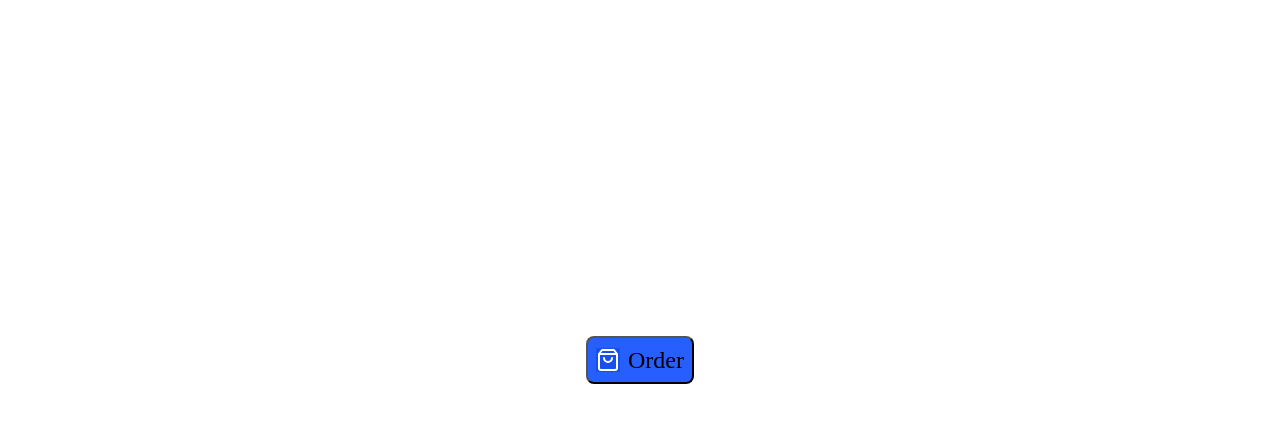
Repository: hjubsoni/hex-ocean-task
Page: /
The author's editor kept a copy of each file at every save. The page is drawn from the files as they stood at one save, then again after the next save.
The browser window is 1280 px wide. The pictures show the whole page.
The project was rebuilt for these pictures with package versions that can differ from the ones it lists, and the page was loaded fresh each time. Also part of the build but not shown: vite.config.ts.

Above is the page before, as saved 2023-03-20 21:25:45.

### index.html
<!DOCTYPE html>
<html lang="en">
  <head>
    <meta charset="UTF-8" />
    <link rel="icon" type="image/svg+xml" href="/vite.svg" />
    <meta
      name="viewport"
      content="width=device-width, initial-scale=1.0"
    />
    <title>Vite + React + TS</title>
  </head>
  <body>
    <div id="root"></div>
    <script type="module" src="/src/main.tsx"></script>
  </body>
</html>

### src/App.tsx
import './App.css';
import { ShoppingBag } from 'react-feather';

function App() {
  return (
    <div className="wrapper">
      <button className="order-button">
        <div className="icon-wrapper">
          <ShoppingBag color="white" />
        </div>
        <span className="order-button-text">Order</span>
      </button>
    </div>
  );
}

export default App;

### src/index.css
*,
*::before,
*::after {
  box-sizing: border-box;
}

* {
  margin: 0;
}

html,
body,
#root {
  height: 100%;
}

body {
  line-height: 1.5;
  -webkit-font-smoothing: antialiased;
}

img,
picture,
video,
canvas,
svg {
  display: block;
  max-width: 100%;
}

input,
button,
textarea,
select {
  font: inherit;
}

p,
h1,
h2,
h3,
h4,
h5,
h6 {
  overflow-wrap: break-word;
}

#root,
#__next {
  isolation: isolate;
}

### src/App.css
.wrapper {
  height: 100%;
  display: flex;
  justify-content: center;
  align-items: center;
}

.order-button {
  display: flex;
  align-items: center;
  padding: 4px 8px;
  gap: 8px;
  border-radius: 8px;
  background: #275efe;
}

.order-button-text {
  font-size: 1.5rem;
}

.icon-wrapper {
  animation-duration: 2s;
  background: #184fee;
  height: 100%;
}

.order-button:hover > .icon-wrapper {
  animation-name: bounce-7;
  animation-timing-function: cubic-bezier(0.28, 0.84, 0.42, 1);
}
@keyframes bounce-7 {
  0% {
    transform: scale(1, 1) translateY(0);
  }
  10% {
    transform: scale(1.1, 0.9) translateY(0);
  }
  30% {
    transform: scale(0.9, 1.1) translateY(-7px);
  }
  50% {
    transform: scale(1.05, 0.95) translateY(0);
  }
  57% {
    transform: scale(1, 1) translateY(-2px);
  }
  64% {
    transform: scale(1, 1) translateY(0);
  }
  100% {
    transform: scale(1, 1) translateY(0);
  }
}

Loaded but not shown: src/main.tsx (common file)

After the next save:
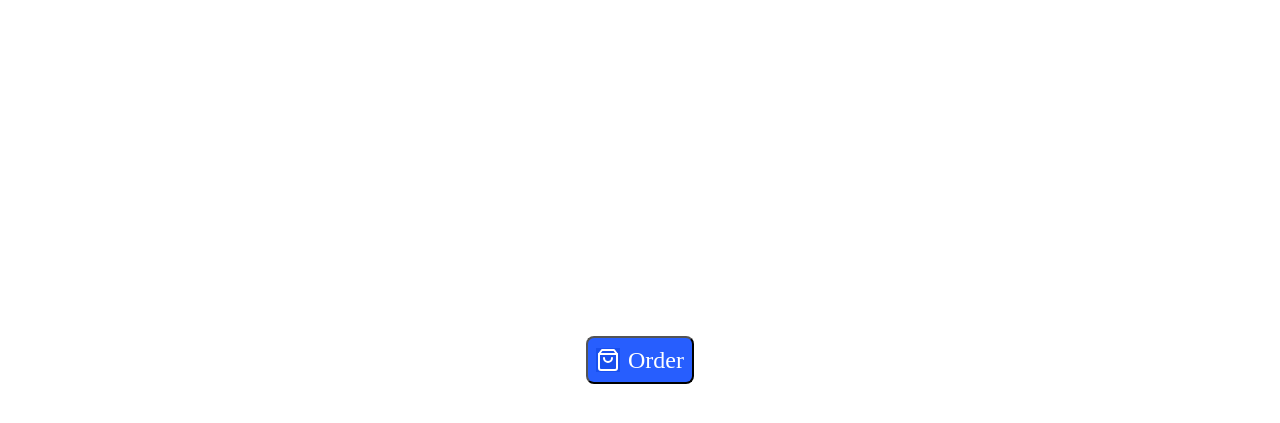
Saved 34 s later.
--- a/src/App.css
+++ b/src/App.css
@@ -12,10 +12,12 @@
   gap: 8px;
   border-radius: 8px;
   background: #275efe;
+  cursor: pointer;
 }
 
 .order-button-text {
   font-size: 1.5rem;
+  color: white;
 }
 
 .icon-wrapper {
